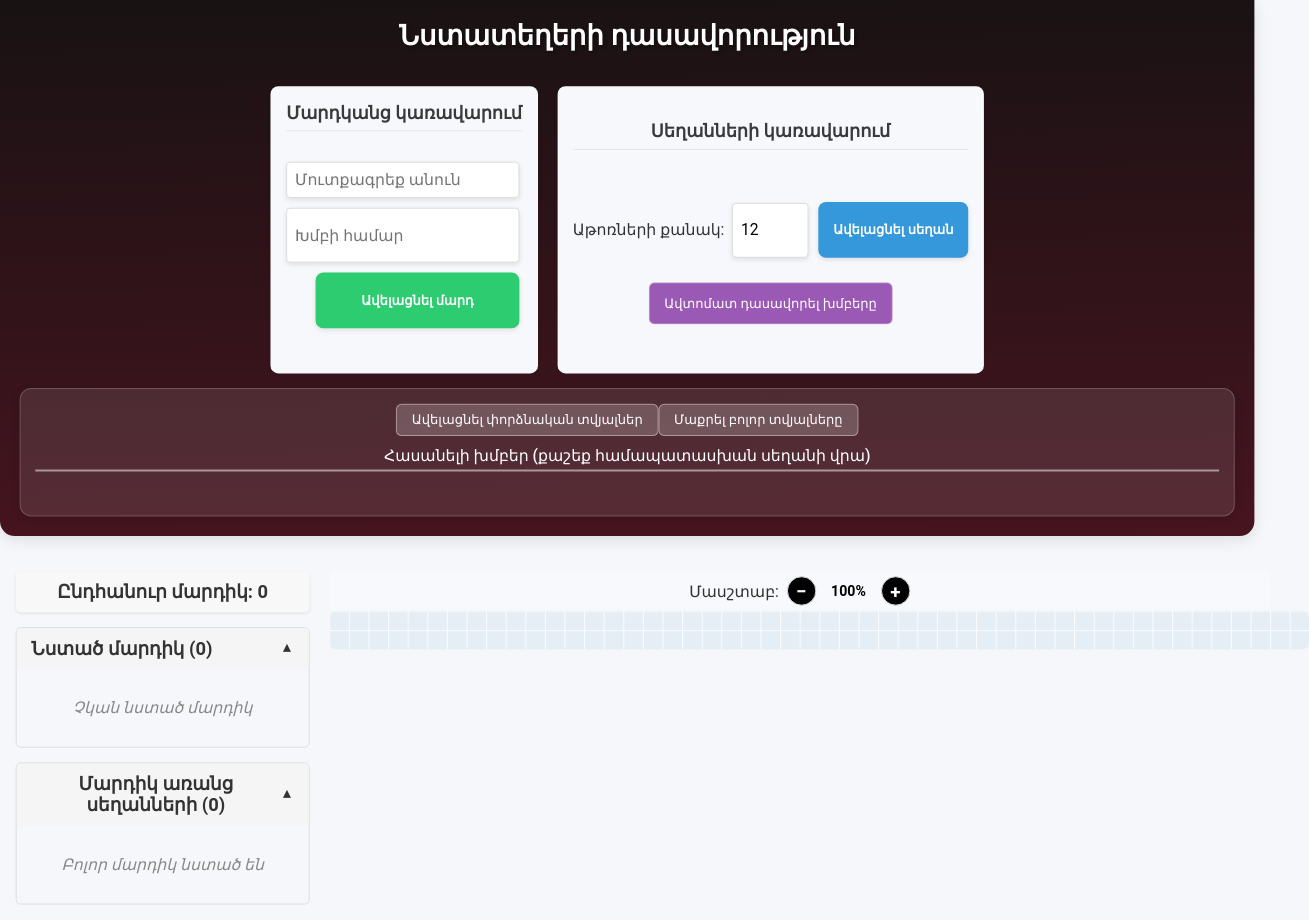
Repository: Vahan-23/Table-V2
Page: /
These files come from the project's save history. The page is drawn as it stood at one moment and after the next save; the edit follows.
The browser window is 1280 px wide. The page is 1336 px wide, so the pictures cover 1336 px, including what lies to the right of the window. The pictures show the whole page, at 98% of full size.
The project was rebuilt for these pictures with package versions that can differ from the ones it lists, and the page was loaded fresh each time.

Above is the page before, as saved 2025-03-02 17:33:55.

### src/component/App.css
/* Modern styles for the Seating Arrangement app */

* {
  margin: 0;
  padding: 0;
  font-family: 'Roboto', 'Segoe UI', Arial, sans-serif;
}

body {
  background-color: #f5f7fb;
  color: #333;
}

.app-container {
  display: flex;
  flex-direction: column;
  min-height: 100vh;
}

/* Header Styles */
.app-header {
  background: linear-gradient(179deg, #181213 0%, rgb(71 20 31) 100%);
  padding: 20px;
  border-radius: 0 0 15px 15px;
  box-shadow: 0 4px 15px rgba(0, 0, 0, 0.1);
  margin-bottom: 20px;
}

.header-content {
  display: flex;
  justify-content: space-between;
  align-items: center;
  max-width: 1600px;
  margin: 0 auto;
  width: 100%;
  flex-direction: column;
}

.logo {
  color: white;
  font-size: 28px;
  font-weight: bold;
  text-shadow: 2px 2px 4px rgba(0, 0, 0, 0.3);
  margin-bottom: 15px;
}

.header-controls {
  background: rgba(255, 255, 255, 0.15);
  backdrop-filter: blur(10px);
  padding: 15px;
  border-radius: 12px;
  box-shadow: inset 0 1px 1px rgba(255, 255, 255, 0.1), 0 1px 2px rgba(0, 0, 0, 0.1);
  display: flex;
  width: 80%;
}

.control-group {
  display: flex;
  flex-wrap: wrap;
  gap: 1rem;
  width: 100%;
}

.input-group {
  display: flex;
  gap: 10px;
  margin-bottom: 15px;
  align-items: center;
}

.input-field {
  flex: 1;
  padding: 10px 15px;
  border-radius: 8px;
  border: none;
  font-size: 16px;
  box-shadow: 0 2px 5px rgba(0, 0, 0, 0.1);
}

.input-group input, .table-controls input {
  height: 38px;
  padding: 0.5rem;
  border: 1px solid #ddd;
  border-radius: 4px;
  outline: none;
  transition: border-color 0.2s;
}

.input-group input:focus, .table-controls input:focus {
  border-color: #2563eb;
}

.group-input-container {
  position: relative;
  flex: 1;
}

.group-dropdown {
  position: absolute;
  top: 100%;
  left: 0;
  width: 100%;
  max-height: 200px;
  overflow-y: auto;
  z-index: 10;
  background-color: white;
  border: none;
  border-radius: 8px;
  box-shadow: 0 4px 12px rgba(0, 0, 0, 0.15);
  margin-top: 5px;
}

.dropdown-item {
  padding: 10px 15px;
  cursor: pointer;
  border-bottom: 1px solid #eee;
  transition: background-color 0.2s;
}

.dropdown-item:hover {
  background-color: #f5f5f5;
}

.dropdown-item-new {
  padding: 10px 15px;
  cursor: pointer;
  background-color: #f0f0f0;
  font-style: italic;
  border-radius: 0 0 8px 8px;
  z-index: 2;
}

.dropdown-empty {
  padding: 10px 15px;
  color: #666;
}

button {
  cursor: pointer;
  border: none;
  border-radius: 4px;
  padding: 0.5rem 1rem;
  font-weight: 500;
  transition: all 0.2s;
}

.primary-btn {
  background-color: #2563eb;
  color: white;
  border: none;
  border-radius: 8px;
  font-weight: bold;
  cursor: pointer;
  box-shadow: 0 2px 5px rgba(0, 0, 0, 0.1);
  transition: transform 0.2s, background-color 0.2s;
}

.primary-btn:hover {
  background-color: #1d4ed8;
}

.add-person-btn {
  margin-left: 30px;
  padding: 21px 20px;
  background-color: #2ecc71;
  color: white;
}

.add-person-btn:hover {
  background-color: #27ae60;
  transform: translateY(-2px);
}

.secondary-btn {
  padding: 8px 15px;
  background-color: rgba(255, 255, 255, 0.2);
  color: white;
  border: 1px solid rgba(255, 255, 255, 0.4);
  border-radius: 6px;
  cursor: pointer;
  transition: background-color 0.2s;
}

.secondary-btn:hover {
  background-color: rgba(255, 255, 255, 0.3);
}

.table-controls {
  display: flex;
  align-items: center;
  gap: 10px;
  margin-bottom: 15px;
  flex-direction: column;
}

.chair-count-input {
  width: 120px;
  padding: 10px 15px;
  border-radius: 8px;
  border: none;
  font-size: 16px;
  box-shadow: 0 2px 5px rgba(0, 0, 0, 0.1);
}

.add-table-btn {
  flex: 1;
  padding: 21px 15px;
  background-color: #3498db;
  color: white;
}

.add-table-btn:hover {
  background-color: #2980b9;
  transform: translateY(-2px);
}

.create-all-tables-btn {
  flex: 2;
  padding: 13px 15px;
  background-color: #9b59b6;
  color: white;
}

.create-all-tables-btn:hover {
  background-color: #8e44ad;
  transform: translateY(-2px);
}

/* Bottom controls section */
.bottom-controls {
  display: flex;
  justify-content: space-between;
  align-items: center;
}

/* Save controls */
.save-controls {
  display: flex;
  align-items: center;
  gap: 0.5rem;
}

/* Zoom controls */
.zoom-controls {
  display: flex;
  align-items: center;
  gap: 8px;
  background-color: rgba(255, 255, 255, 0.2);
  padding: 5px 10px;
  border-radius: 6px;
  justify-content: center;
}

.zoom-btn {
  width: 30px;
  height: 30px;
  border-radius: 50%;
  border: none;
  background-color: rgba(255, 255, 255, 0.3);
  color: white;
  font-size: 18px;
  font-weight: bold;
  cursor: pointer;
  display: flex;
  justify-content: center;
  align-items: center;
}

.zoom-controls button {
  width: 30px;
  height: 30px;
  display: flex;
  align-items: center;
  justify-content: center;
  background-color: #000000;
  border-radius: 50%;
  font-size: 1.2rem;
  padding: 0;
}

.zoom-controls span {
  font-size: 0.9rem;
  min-width: 50px;
  text-align: center;
}

.zoom-percentage {
  color: rgb(0, 0, 0);
  font-weight: bold;
}

/* Groups Container */
.groups-container {
  background-color: rgba(255, 255, 255, 0.1);
  border-radius: 12px;
  padding: 15px;
  margin-top: 15px;
  box-shadow: 0 2px 10px rgba(0, 0, 0, 0.1);
  border: 1px solid rgba(255, 255, 255, 0.2);
}

.groups-header {
  display: flex;
  flex-direction: column;
  gap: 10px;
}

.groups-header h3 {
  color: #ffffff;
  font-size: 1rem;
  font-weight: 500;
}

.groups-title {
  margin: 0 0 10px 0;
  font-size: 20px;
  color: white;
  font-weight: 600;
  border-bottom: 2px solid rgba(255, 255, 255, 0.5);
  padding-bottom: 5px;
  display: inline-block;
}

.groups-wrapper {
  display: flex;
  flex-wrap: nowrap;
  gap: 12px;
  overflow-x: auto;
  padding: 5px 0;
  max-height: 100px;
  max-width: 100%;
  scrollbar-width: thin;
  scrollbar-color: rgba(255, 255, 255, 0.5) transparent;
}

.groups-wrapper::-webkit-scrollbar {
  height: 6px;
  width: 6px;
}

.groups-wrapper::-webkit-scrollbar-track {
  background: #f1f1f1;
  border-radius: 10px;
}

.groups-wrapper::-webkit-scrollbar-thumb {
  background: #3498db;
  border-radius: 10px;
}

.groups-wrapper::-webkit-scrollbar-thumb:hover {
  background: #2980b9;
}

/* Main Content */
.main-content {
  display: flex;
  flex: 1;
  padding: 1rem;
  gap: 20px;
  max-width: 1600px;
  margin: 0 auto;
  width: 100%;
}

/* Sidebar */
.sidebar {
  width: 300px;
  flex-shrink: 0;
}

.unseated-people-list, .people-list {
  background-color: white;
  border-radius: 8px;
  padding: 15px;
  margin-top: 20px;
  box-shadow: 0 2px 8px rgba(0, 0, 0, 0.1);
  margin-bottom: 1.5rem;
}

.unseated-people-list h3, .people-list h3 {
  margin-top: 0;
  margin-bottom: 15px;
  color: #333;
  font-size: 18px;
  font-weight: 600;
  border-bottom: 1px solid #e5e7eb;
  padding-bottom: 0.5rem;
}

.unseated-people-grid, .people-grid {
  display: grid;
  grid-template-columns: repeat(auto-fill, minmax(120px, 1fr));
  gap: 10px;
}

.unseated-person-card, .person-card {
  position: relative;
  background-color: #f9f9f9;
  border-radius: 6px;
  padding: 10px;
  box-shadow: 0 1px 3px rgba(0, 0, 0, 0.1);
  font-size: 0.9rem;
  display: flex;
  justify-content: space-between;
  align-items: center;
}

.person-card {
  flex-direction: column;
  align-items: flex-start;
  gap: 0.25rem;
}

.person-name {
  display: block;
  font-weight: bold;
  font-size: 14px;
  margin-bottom: 4px;
}

.person-group {
  display: block;
  font-size: 12px;
  color: #666;
}

.group-tag {
  background-color: #e0e7ff;
  color: #4f46e5;
  border-radius: 4px;
  padding: 0.15rem 0.4rem;
  font-size: 0.75rem;
  font-weight: 500;
}

.delete-btn {
  position: absolute;
  top: 5px;
  right: 5px;
  width: 20px;
  height: 20px;
  border-radius: 50%;
  background-color: #e74c3c;
  color: white;
  border: none;
  display: flex;
  align-items: center;
  justify-content: center;
  font-size: 10px;
  cursor: pointer;
  opacity: 0.7;
  transition: opacity 0.2s;
}

.delete-btn:hover {
  background-color: #fee2e2;
  opacity: 1;
}

/* Tables Area */
.tables-area {
  background-image: linear-gradient(rgba(255, 255, 255, 0.8) 1px, transparent 1px),
      linear-gradient(90deg, rgba(255, 255, 255, 0.8) 1px, transparent 1px);
  background-size: 20px 20px;
  background-color: #e6eef5;
  flex: 1;
  min-height: 600px;
  border-radius: 8px;
  padding: 20px;
  position: relative;
  transform-origin: top left;
  display: flex;
  flex-wrap: wrap;
  gap: 2rem;
  align-content: flex-start;
  min-height: 70vh;
}

/* Table Styles */
.table-container {
  background-color: white;
  border-radius: 10px;
  box-shadow: 0 4px 12px rgba(0, 0, 0, 0.08);
  padding: 1rem;
  width: fit-content;
  margin-bottom: 20px;
  flex-shrink: 0;
}

.table-header {
  display: flex;
  justify-content: space-between;
  align-items: center;
  margin-bottom: 1rem;
}

.table-header h3 {
  font-size: 1rem;
  font-weight: 600;
  color: #374151;
}

.delete-table-btn {
  background-color: #fee2e2;
  color: #ef4444;
  font-size: 0.8rem;
  padding: 0.25rem 0.5rem;
}

.delete-table-btn:hover {
  background-color: #fecaca;
}

.table {
  margin: 20px;
  width: 200px;
  height: 200px;
  border: 50px solid #e7d8c7;
  border-radius: 50%;
  display: flex;
  justify-content: center;
  align-items: center;
  background-image: url('../../public/table.jpg');
  background-size: cover;
}

.table-top {
  position: relative;
  top: -15%;
  left: -15%;
}

.chair {
  position: absolute;
  width: 60px;
  height: 60px;
  background-size: cover;
  background-position: center;
  background-repeat: no-repeat;
  color: white;
  display: flex;
  justify-content: center;
  align-items: center;
  border-radius: 50%;
  font-size: 12px;
  text-align: center;
  cursor: pointer;
  transition: transform 0.2s ease, opacity 0.2s ease;
}

.chair:hover {
  transform: scale(1.1);
  opacity: 0.7;
}

/* New Table Dropzone */
.new-table-dropzone {
  width: 300px;
  height: 200px;
  border: 2px dashed #3498db;
  border-radius: 8px;
  display: flex;
  align-items: center;
  justify-content: center;
  background-color: rgba(52, 152, 219, 0.05);
  transition: all 0.3s;
  margin-bottom: 20px;
}

.new-table-dropzone.hovered {
  background-color: rgba(52, 152, 219, 0.47);
  border-color: #4f46e5;
}

.dropzone-content {
  display: flex;
  flex-direction: column;
  align-items: center;
  justify-content: center;
  text-align: center;
  padding: 20px;
  gap: 1rem;
}

.dropzone-icon {
  font-size: 32px;
  color: #3498db;
  margin-bottom: 10px;
}

.dropzone-text {
  font-size: 16px;
  font-weight: bold;
  color: #333;
}

/* Popup styles */
.popup-overlay {
  position: fixed;
  top: 0;
  left: 0;
  right: 0;
  bottom: 0;
  background-color: rgba(0, 0, 0, 0.5);
  display: flex;
  align-items: center;
  justify-content: center;
  z-index: 1000;
}

.popup {
  background-color: white;
  border-radius: 10px;
  padding: 1.5rem;
  min-width: 300px;
  max-width: 400px;
  max-height: 80vh;
  overflow-y: auto;
  box-shadow: 0 10px 25px rgba(0, 0, 0, 0.2);
}

.popup h3 {
  margin-bottom: 1rem;
  color: #374151;
}

.person-selection-list {
  list-style: none;
  margin-bottom: 1rem;
}

.person-selection-list li {
  padding: 0.75rem;
  border-radius: 6px;
  cursor: pointer;
  transition: background-color 0.2s;
}

.person-selection-list li:hover {
  background-color: #f3f4f6;
}

.close-btn {
  background-color: #e5e7eb;
  color: #4b5563;
  width: 100%;
  padding: 0.75rem;
  border-radius: 6px;
  margin-top: 1rem;
}

.close-btn:hover {
  background-color: #d1d5db;
}

/* Fullscreen popup styles */
.fullscreen-popup {
  position: fixed;
  top: 0;
  left: 0;
  width: 100%;
  height: 100%;
  background-color: rgba(0, 0, 0, 0.7);
  z-index: 1000;
  display: flex;
  justify-content: center;
  align-items: center;
}

.fullscreen-popup-overlay {
  position: absolute;
  top: 0;
  left: 0;
  width: 100%;
  height: 100%;
  background-color: rgba(0, 0, 0, 0.7);
  display: flex;
  justify-content: center;
  align-items: center;
}

.fullscreen-popup-content {
  background-color: white;
  border-radius: 8px;
  padding: 20px;
  max-width: 600px;
  width: 90%;
  max-height: 80vh;
  overflow-y: auto;
  box-shadow: 0 10px 25px rgba(0, 0, 0, 0.2);
}

.fullscreen-popup-content h3 {
  margin-top: 0;
  margin-bottom: 20px;
  text-align: center;
  font-size: 18px;
  color: #333;
}

.person-selection-grid {
  display: grid;
  grid-template-columns: repeat(auto-fill, minmax(180px, 1fr));
  gap: 15px;
  margin-bottom: 20px;
  max-height: 60vh;
  overflow-y: auto;
  padding: 10px;
  margin-top: 20px;
}

.person-selection-item {
  background-color: #f9f9f9;
  border: 1px solid #ddd;
  border-radius: 6px;
  padding: 12px;
  cursor: pointer;
  transition: all 0.2s ease;
  display: flex;
  flex-direction: column;
}

.person-selection-item:hover {
  background-color: #e8f4fd;
  transform: translateY(-2px);
  box-shadow: 0 4px 8px rgba(0, 0, 0, 0.1);
}

.person-selection-name {
  display: block;
  font-weight: bold;
  margin-bottom: 4px;
}

.person-selection-group {
  display: block;
  font-size: 12px;
  color: #666;
}

.no-people-message {
  text-align: center;
  padding: 20px;
  color: #666;
  grid-column: 1 / -1;
}

.close-popup-btn {
  display: block;
  margin: 0 auto;
  background-color: #3498db;
  color: white;
  border: none;
  border-radius: 4px;
  padding: 10px 20px;
  font-size: 16px;
  cursor: pointer;
  transition: background-color 0.2s ease;
}

.close-popup-btn:hover {
  background-color: #2980b9;
}

/* Remove person popup */
.remove-person-popup {
  text-align: center;
}

.popup-title {
  text-align: center;
  margin-bottom: 20px;
}

.person-info-card {
  background-color: #f9f9f9;
  padding: 15px;
  border-radius: 8px;
  margin-bottom: 20px;
  box-shadow: 0 2px 4px rgba(0, 0, 0, 0.1);
}

.person-info-name {
  text-align: center;
  font-size: 18px;
  margin: 0 0 10px 0;
  font-weight: bold;
}

.person-info-group {
  text-align: center;
  margin: 0;
  color: #666;
}

.confirmation-text {
  text-align: center;
  margin-bottom: 20px;
  color: #555;
}

.popup-buttons {
  display: flex;
  justify-content: center;
  gap: 15px;
}

.remove-btn {
  padding: 10px 20px;
  background-color: #e74c3c;
  color: white;
  border: none;
  border-radius: 4px;
  cursor: pointer;
  font-weight: bold;
}

.cancel-btn {
  padding: 10px 20px;
  background-color: #7f8c8d;
  color: white;
  border: none;
  border-radius: 4px;
  cursor: pointer;
}

/* Group card styles */
.group-card {
  flex: 0 0 auto;
  min-width: 100px;
  background-color: white;
  border-radius: 6px;
  padding: 8px 12px;
  box-shadow: 0 1px 3px rgba(0,0,0,0.1);
  cursor: grab;
  transition: transform 0.2s, box-shadow 0.2s;
  border-left: 4px solid #3498db;
}

.group-card:hover {
  transform: translateY(-2px);
  box-shadow: 0 3px 6px rgba(0,0,0,0.15);
}

.group-card.dragging {
  opacity: 0.5;
}

.group-name {
  font-weight: 600;
  font-size: 0.9rem;
  color: #2563eb;
  margin-bottom: 5px;
}

.group-count {
  font-size: 0.8rem;
  color: #6b7280;
  margin-top: 0.25rem;
}

/* Responsive adjustments */
@media (max-width: 992px) {
  .header-content {
    flex-direction: column;
    align-items: flex-start;
    gap: 1rem;
  }

  .header-controls {
    width: 100%;
  }

  .main-content {
    flex-direction: column;
  }

  .sidebar {
    width: 100%;
  }
}


.people-section {
  display: flex;
  flex-direction: column;
  gap: 15px;
}

.total-people-counter {
  background-color: #f8f8f8;
  padding: 10px;
  border-radius: 5px;
  text-align: center;
  box-shadow: 0 1px 3px rgba(0,0,0,0.1);
}

.people-box {
  border: 1px solid #ddd;
  border-radius: 5px;
  overflow: hidden;
}

.people-header {
  display: flex;
  align-items: center;
  justify-content: space-between;
  padding: 10px 15px;
  background-color: #f5f5f5;
  cursor: pointer;
}

.people-header:hover {
  background-color: #e9e9e9;
}

.expand-arrow {
  font-size: 14px;
  transition: transform 0.3s ease;
}

.expand-arrow.expanded {
  transform: rotate(180deg);
}

.people-grid-container {
  max-height: 700px;
  overflow-y: auto;
}

.people-grid {
  display: grid;
  grid-template-columns: repeat(auto-fill, minmax(200px, 1fr));
  gap: 10px;
  padding: 10px;
}

.person-card {
  position: relative;
  padding: 10px;
  border-radius: 4px;
  box-shadow: 0 1px 3px rgba(0,0,0,0.1);
  display: flex;
  flex-direction: column;
}

.person-card.seated {
  background-color: rgba(144, 238, 144, 0.2);
  border-left: 3px solid #4CAF50;
}

.person-card.unseated {
  background-color: rgba(255, 235, 205, 0.2);
  border-left: 3px solid #FFA500;
}

.person-name {
  font-weight: bold;
  margin-bottom: 4px;
}

.person-group {
  font-size: 12px;
  color: #666;
}

.delete-btn {
  position: absolute;
  top: 5px;
  right: 5px;
  width: 20px;
  height: 20px;
  border-radius: 50%;
  background-color: #ff6b6b;
  color: white;
  border: none;
  display: flex;
  align-items: center;
  justify-content: center;
  cursor: pointer;
  font-size: 10px;
}

.delete-btn:hover {
  background-color: #ff5252;
}

.empty-message {
  grid-column: 1 / -1;
  padding: 20px;
  text-align: center;
  color: #888;
  font-style: italic;
}

/* Scrollbar styling */
.people-grid-container::-webkit-scrollbar {
  width: 8px;
}

.people-grid-container::-webkit-scrollbar-track {
  background: #f1f1f1;
  border-radius: 4px;
}

.people-grid-container::-webkit-scrollbar-thumb {
  background: #888;
  border-radius: 4px;
}

.people-grid-container::-webkit-scrollbar-thumb:hover {
  background: #555;
}
/* Split header sections styling */
.header-sections {
  display: flex;
  width: 100%;
  gap: 20px;
  margin-top: 20px;
  justify-content: center;
}

.header-section {
    /* flex: 1 1; */
    display: flex
;
    height: auto;
    background-color: #f7f8fc;
    border-radius: 8px;
    padding: 16px;
    box-shadow: 0 2px 5px rgba(0, 0, 0, 0.05);
    flex-direction: column;
    justify-content: space-around;
}

.section-main-title {
  color: #3a3a3a;
  margin-top: 0;
  margin-bottom: 16px;
  padding-bottom: 8px;
  border-bottom: 1px solid #e5e5e5;
  font-size: 18px;
}

/* People section specific */
.people-section .input-row {
  display: flex;
  gap: 10px;
  margin-bottom: 15px;
  flex-direction: column;
}

.people-section .data-management {
  margin-top: 20px;
}

/* Table section specific */
.tables-section .table-controls-row {
  display: flex;
  align-items: center;
  gap: 10px;
  margin-bottom: 15px;

}

.tables-section .chair-count-container {
  display: flex;
  align-items: center;
  gap: 8px;
}

.tables-section .chair-count-input {
  width: 60px;
}

.tables-section .zoom-controls {
  display: flex;
  align-items: center;
  margin-top: 20px;
  gap: 10px;
}

.zoom-buttons {
  display: flex;
  align-items: center;
}

.zoom-btn {
  width: 30px;
  height: 30px;
  display: flex;
  align-items: center;
  justify-content: center;
  border-radius: 4px;
  background-color: #f0f0f0;
  border: 1px solid #ddd;
  cursor: pointer;
}

.zoom-percentage {
  margin: 0 8px;
  min-width: 50px;
  text-align: center;
}

Loaded but not shown: public/index.html (common file); src/index.js (common file); src/index.css (common file); src/reportWebVitals.js (common file); src/App.css (common file); src/App.js (12 lines, source omitted); src/component/SeatingArrangement.jsx (1043 lines, source omitted)

After the next save:
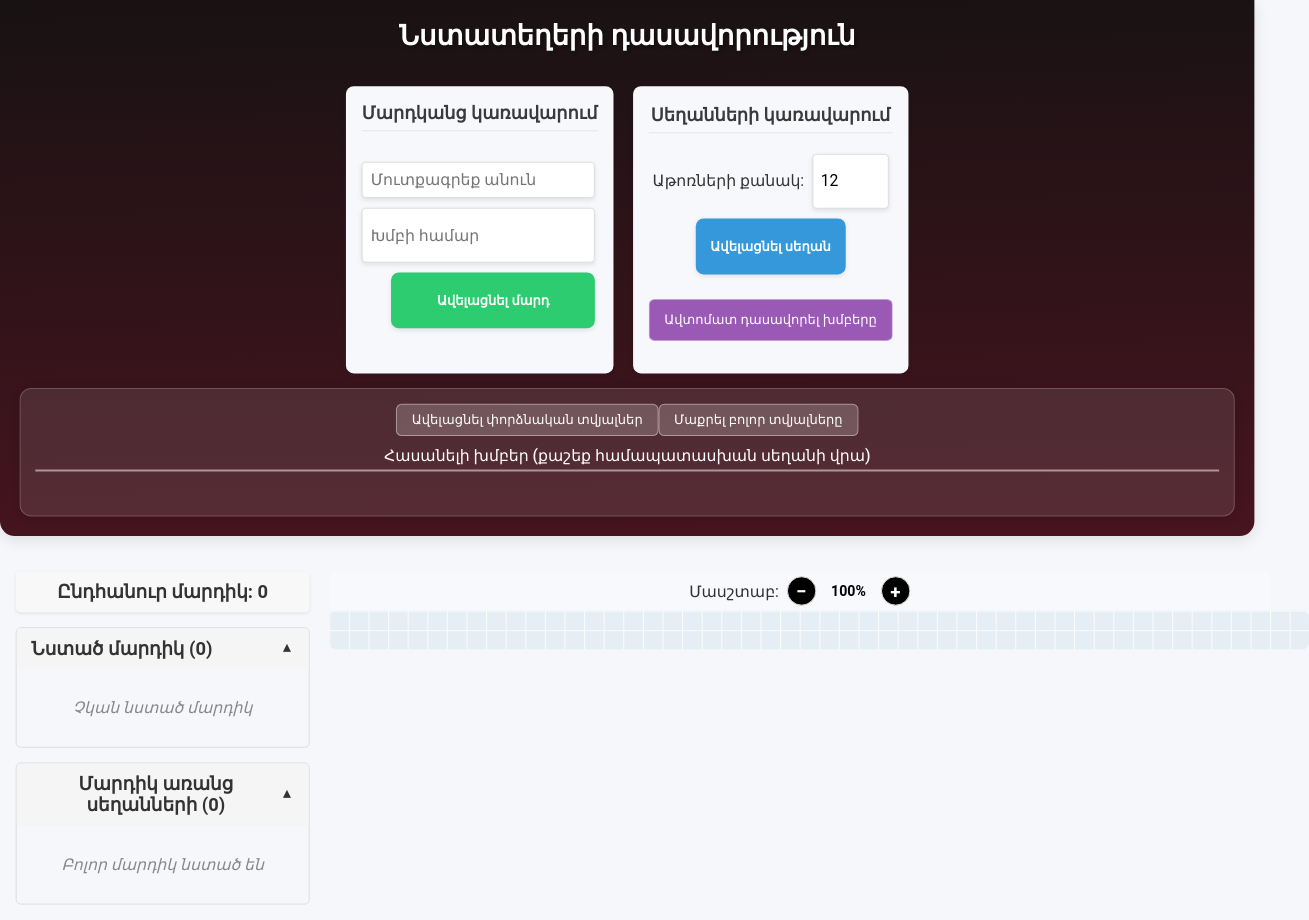
Saved 71 s later.
--- a/src/component/App.css
+++ b/src/component/App.css
@@ -1057,10 +1057,12 @@ button {
 
 /* Table section specific */
 .tables-section .table-controls-row {
-  display: flex;
-  align-items: center;
-  gap: 10px;
-  margin-bottom: 15px;
+  display: flex
+  ;
+      align-items: center;
+      gap: 10px;
+      margin-bottom: 15px;
+      flex-direction: column;
 
 }
 
